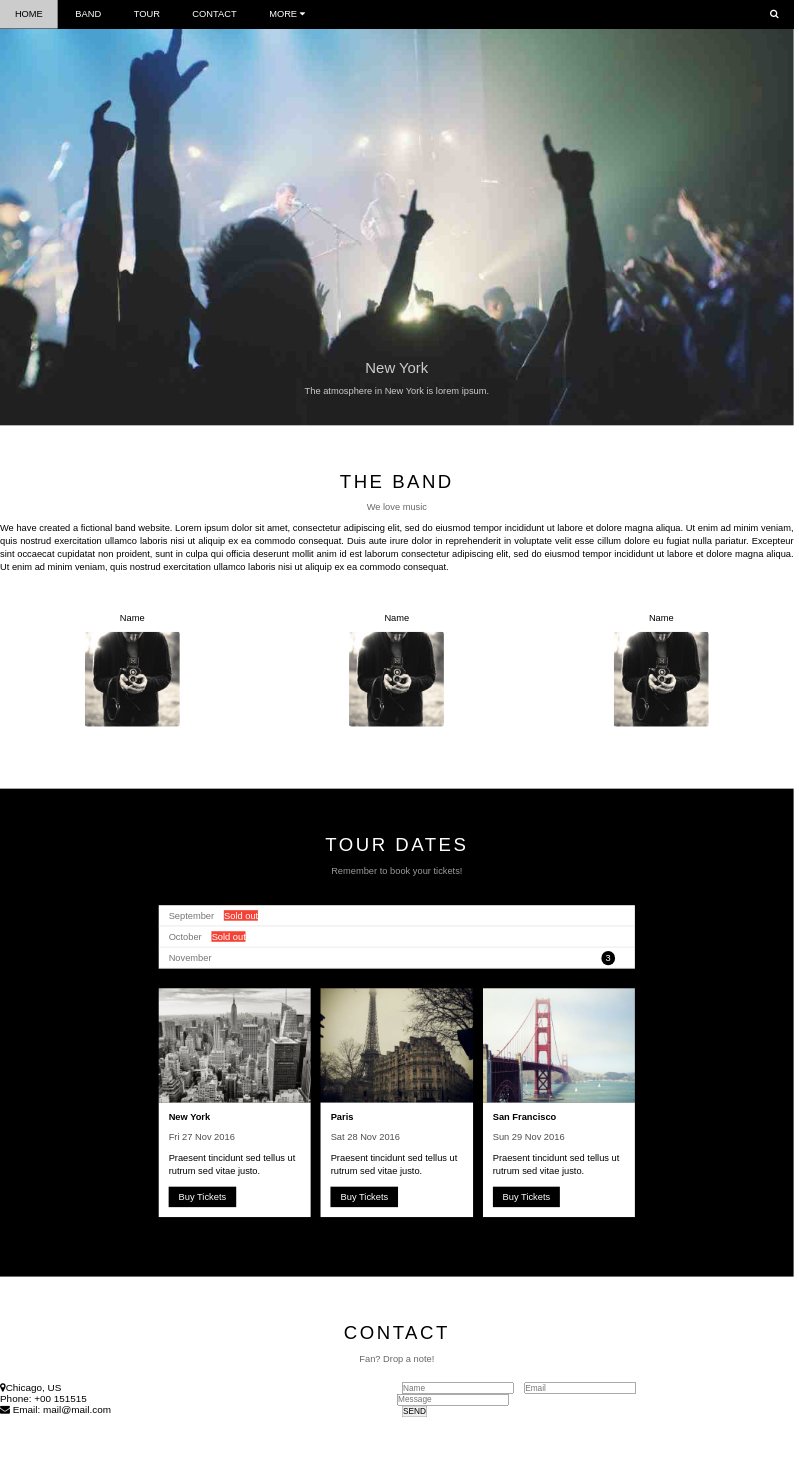
Repository: nguyenhoang2002062929/band
Page: index.html
These files come from the project's save history. The page is drawn as it stood at one moment and after the next save; the edit follows.
The browser window is 1280 px wide. The page is 1288 px wide, then 1280 px, so the pictures cover 1288 px, including what lies to the right of the window. The pictures show the whole page, at 62% of full size.

Above is the page before, as saved 2023-06-07 15:18:56.

### index.html
<!DOCTYPE html>
<html lang="en">
<head>
    <meta charset="UTF-8">
    <meta http-equiv="X-UA-Compatible" content="IE=edge">
    <meta name="viewport" content="width=device-width, initial-scale=1.0">
    <title>Bank music</title>
    <link rel="stylesheet" href="assets/css/style.css">
    <link rel="stylesheet" href="https://cdnjs.cloudflare.com/ajax/libs/font-awesome/4.7.0/css/font-awesome.min.css">
</head>
<body>
    <div class="main">
        <div class="header">
            <ul class="nav">
                <li><a href="">HOME</a></li>
                <li><a href="">BAND</a></li>
                <li><a href="">TOUR</a></li>
                <li><a href="">CONTACT</a></li>
                <li>
                    <a href="" >MORE <i class="fa fa-caret-down"></i></a>
                    <ul class="subnav">
                        <li><a href="">Merchandise</a></li>
                        <li><a href="">Extras</a></li>
                        <li><a href="">Media</a></li>
                    </ul>
                </li>
            </ul>

            <div class="search">
                <a href=""><i class="fa fa-search"></i></a>
            </div>
        </div>

        <div class="slider">
            <div class="text-content">
                <h2 class="text-heading">New York</h2>
                <p class="text-description">The atmosphere in New York is lorem ipsum.</p>
            </div>
        </div>

        <!-- content -->
        <div class="content">
            <div class="about">
                <div class="content-section">
                    <h2 class="section-heading">THE BAND</h2>
                    <p class="section-sub-heading">We love music</p>
                    <p class="section-text">We have created a fictional band website. Lorem ipsum dolor sit amet, consectetur adipiscing elit, sed do eiusmod tempor incididunt ut labore et dolore magna aliqua. Ut enim ad minim veniam, quis nostrud exercitation ullamco laboris nisi ut aliquip ex ea commodo consequat. Duis aute irure dolor in reprehenderit in voluptate velit esse cillum dolore eu fugiat nulla pariatur. Excepteur sint occaecat cupidatat non proident, sunt in culpa qui officia deserunt mollit anim id est laborum consectetur adipiscing elit, sed do eiusmod tempor incididunt ut labore et dolore magna aliqua. Ut enim ad minim veniam, quis nostrud exercitation ullamco laboris nisi ut aliquip ex ea commodo consequat.</p>
                </div>
                <div class="content-member">
                    <div class="member">
                        <div class="member-text">
                            <p>Name</p>
                        </div>
                        <div class="member-img">
                            <img src="./assets/img/member/bandmember.jpg" alt="">
                        </div>
                    </div>
                    <div class="member">
                        <div class="member-text">
                            <p>Name</p>
                        </div>
                        <div class="member-img">
                            <img src="./assets/img/member/bandmember.jpg" alt="">
                        </div>
                    </div>
                    <div class="member">
                        <div class="member-text">
                            <p>Name</p>
                        </div>
                        <div class="member-img">
                            <img src="./assets/img/member/bandmember.jpg" alt="">
                        </div>
                    </div>
                </div>
            </div>

            <!-- tour -->
            <div class="tour">
                <div class="tour-section">
                    <div class="content-section text-while ">
                        <h2 class="section-heading ">TOUR DATES</h2>
                        <p class="section-sub-heading">Remember to book your tickets!</p>
                    </div>
                    <br>

                    <ul class="tickets">
                        <li>September<span class="sold-out">Sold out</span></li>
                        <li>October<span class="sold-out">Sold out</span></li>
                        <li>November<span class="quantity">3</span></li>
                    </ul>

                    <div class="row tour-places ">
                        <div class="column places">
                            <img src="assets/img/places/newyork.jpg" alt="">
                            <div class="places-content">
                                <p class="name">New York</p>
                                <p class="date">Fri 27 Nov 2016</p>
                                <p class="describe">Praesent tincidunt sed tellus ut rutrum sed vitae justo.</p>
                                <button class="js-by-modal">Buy Tickets</button>
                            </div>

                        </div>
                        <div class="column places">
                            <img src="assets/img/places/paris.jpg" alt="">
                            <div class="places-content">
                                <p class="name">Paris</p>
                                <p class="date">Sat 28 Nov 2016</p>
                                <p class="describe">Praesent tincidunt sed tellus ut rutrum sed vitae justo.</p>
                                <button class="js-by-modal">Buy Tickets</button></div>

                        </div>
                        <div class=" column places">
                            <img src="assets/img/places/sanfran.jpg" alt="">
                            <div class="places-content">
                                <p class="name">San Francisco</p>
                                <p class="date">Sun 29 Nov 2016</p>
                                <p class="describe">Praesent tincidunt sed tellus ut rutrum sed vitae justo.</p>
                                <button class="js-by-modal">Buy Tickets</button>
                            </div>

                        </div>
                    </div>
                </div>

            </div>

            <div class="about">
                <div class="content-section">
                    <h2 class="section-heading">CONTACT</h2>
                    <p class="section-sub-heading">Fan? Drop a note!</p>
                </div>
                <div class="row">
                    <div class="column column-half">
                        <p><i class="fa fa-map-marker"></i>Chicago, US</p>
                        <p><i class="fa fa-phoner"></i>Phone: +00 151515</p>
                        <p><i class="fa fa-envelope"></i> Email: mail@mail.com</p>
                    </div>
                    <div class="column column-half">
                        <div class="row">
                            <div class="column conlumn-half">
                                <input type="text" placeholder="Name">
                            </div>
                            <div class="column conlumn-half">
                                <input type="email" placeholder="Email">
                            </div>
                        </div>
                        <div class="row">
                            <input type="text" placeholder="Message">
                        </div>
                        <button>SEND</button>
                    </div>
                </div>
            </div>

        </div>

        <div class="footer">

        </div>
    </div>
    <div class="modal js-modal">
        <div class="modal-content js-modal-content">
            <div class="modal-header">
                <span class="modal-close js-closeModal">x</span>
                <h2 ><i class="fa fa-suitcase w3-margin-right"></i> Tickets</h2>
            </div>
            <div class="modal-boby">
                <label for="many">
                    <i class="fa fa-shopping-cart"></i>
                    Tickets, $15 per person
                </label>
                <input id="many" type="text" placeholder="How many?" >
                <label for="modal-email">
                    <i class="fa fa-user"></i>
                    Send To
                </label>
                <input id="modal-email" type="text" placeholder="Enter email">
                <button class="pay">PAY <i class="fa fa-check"></i></button>
            </div>
            <div class="modal-footer">
                <p>Need <a href="">help?</a></p>
            </div>
        </div>
    </div>

    <script>
        const buyBtns = document.querySelectorAll('.js-by-modal')
        const modal = document.querySelector('.js-modal')
        const closeModal = document.querySelector('.js-closeModal')
        const modalContent = document.querySelector('.js-modal-content')


        function showBuyTickets (){
            modal.classList.add('open')
        }
        function hideBuyTickes(){
            modal.classList.remove('open')
        }

        for(const buyBtn of buyBtns){
            buyBtn.addEventListener('click', showBuyTickets)
        }

        closeModal.addEventListener('click', hideBuyTickes)

        modal.addEventListener('click',hideBuyTickes)

        modalContent.addEventListener('click', function(envent){
            envent.stopPropagation()
        })
    </script>
</body>
</html>

### assets/css/style.css
*{
    margin: 0;
    padding: 0;
    box-sizing: border-box;
}
html{
    font-family: Arial, Helvetica, sans-serif;
}
.text-while{
    color: #fff !important;
}
.row{
    display: flex;
    margin-left: -8px;
    margin-right: -8px;
}
/* .row::after{
    content: "";
    display: block;
    clear: both;
} */
.column{
    padding: 0 8px;
}
.column-half{
    width: 50%;
}
.column-three{
    width: 33.3333%;
}
.header{
    z-index: 1;
    position: fixed;
    height: 46px;
    background-color: #000;
    top: 0;
    left: 0;
    right: 0;
}
.header .nav {
    display: inline-block;
   line-height: 46px;
}
.header .nav > li > a{
    text-decoration: none;
    padding: 0px 24px;
    color: #fff;
    font-size: 15px;
}
.header .nav > li{
    display: inline-block;
    position: relative;
}
.header .nav > li:hover > a{
    display: block;
    color: #000;
    background-color: #ccc;
}
.header .nav .subnav{
    position: absolute;
    display: none;
    background-color: #fff;
    box-shadow: 0 0 10px rgba(0, 0, 0, 0.3) ;
}
.subnav li{
      min-width: 160px;
      list-style-type: none;
}
.nav > li:hover > .subnav{
    display: block;
}
.subnav li:hover a{
    color: #000;
    background-color: #ccc;
}
.subnav a{
    display: block;
    text-decoration: none;
    color: #000;
    padding: 0px 24px;
}
.search{
float: right;
padding: 0 24px;
line-height: 46px;
cursor: pointer;
}
.search a{
    color: rgb(255, 255, 255);
    font-size: 15px;
}
.search:hover{
    color: rgb(255, 255, 255);
    background-color: #f44336!important;
}

.slider{
    position: relative;
    margin-top: 46px;
    padding-top: 50%;
    background: url('../img/slider/slider2.jpg') center top / cover no-repeat;
}
.slider .text-content{
    position: absolute;
    color: #ccc;
    bottom: 0;
    left: 50%;
    transform: translateX(-50%);
    text-align: center;
    padding: 32px 16px;
}
.text-content .text-heading{
    font-size: 24px;
    margin-top: 10px;
    font-weight: 200;
}
.text-content .text-description{
    font-size: 15px;
    margin: 15px 0;
}
.content-main{
    width: 768px;
    margin-right: auto;
    margin-left: auto;
}
.about{
    width: 100%;
   margin-right: auto;
    margin-left: auto;
    padding-bottom: 64px;
}
.content-section{
    text-align: center;
    padding-top: 64px;
    padding-bottom: 15px;
}
.content-section .section-heading{
    font-size: 30px;
    font-weight: 300;
    letter-spacing: 4px;
    margin: 10px;
}
.content-section .section-sub-heading{
    font-size: 15px;
    font-weight: initial;
    margin: 15px;
    opacity: 0.6;
}
.content-section .section-text{
    font-size: 15px;
    text-align: justify;
    line-height: 1.4;
}
.content-member{
    display: flex;
    text-align: center;
    align-items: center;
    padding: 32px 0;
}
.member-text{
    font-size: 15px;
    margin: 15px 0;
}
.member-img img{
    width: 153px;
    border-radius: 4px;
}
.content-member .member{

    width: 33.333%;
}
.tour{
     background-color: #000;
}
.tour-section{
    width: 768px;
    margin-right: auto;
    margin-left: auto;
    padding-bottom: 64px;
}
.tickets{
    background-color: #fff;
}
.tickets li{
    border-bottom: 1px solid #ddd;
    padding: 8px 16px;
    font-size: 15px;
    color: rgb(117, 117, 117);
    list-style-type: none;
}
.tickets .sold-out{
    color: #fff;
    background-color: #f44336;
    margin: 16px;
    padding: opx 8px;
}
.tickets .quantity{
    float:right;
    height: 22.5px;
    width: 22.5px;
    margin-right: 16px;
    border-radius: 50%;
    background-color: #000;
    color: #fff;
    text-align: center;
    line-height: 22.5px;
    margin-top: -2px;
}
.tour-places{
    padding: 32px 0px;
}
.tour-places .places{
    width: 33.3333%;
}
.places .name{
    font-size: 15px;
}
.places img{
    width: 100%;
    display: block;
}
.places img:hover{
    opacity: 0.6;
}
.places-content{
    background-color: #fff;
    padding-left: 16px;
    font-size: 15px;
}
.places-content .name{
    padding-top: 15px;
    font-weight: 700;
}
.places-content .date{
    padding-top: 15px;
    opacity: 0.7;
}
.places-content .describe{
    margin: 15px 0;
    line-height: 1.4;
}
.places-content button{
    padding: 8px 16px;
    font-size: 15px;
    color: #fff;
    background-color: #000;
    border: none;
    margin-bottom:16px ;
}
.places-content button:hover{
    color: #000;
    background-color: #ccc;
}
.modal{
    position: fixed;
    display: none;
    background: rgba(0, 0, 0, 0.4);
    top: 0;
    left: 0;
    bottom: 0;
    right: 0;
    z-index: 2;
    align-items: center;
    justify-content: center;
}
.modal.open{
    display: flex;
}
.modal-content{
    position: absolute;
    width: 868px;
    max-width: calc(100% - 40px);
    min-height: 342px;
    background-color: #fff;
    animation: ModalFadeIn ease 0.5s;
}
.modal-header{
    width: 100%;
    padding: 32px 16px;
    background-color: rgb(0, 150, 136);
    color: #fff;
    text-align: center;
}
.modal-header h2{
    font-size: 30px;
    margin: 10px 0px;
    font-weight: 400;
    letter-spacing: 3px;
    margin-left: 16px;
}
.modal-header .modal-close{
    position: absolute;
    color: #fff;
    font-size: 24px;
    right: 0;
    top: 0;
    padding: 8px 16px;
}
.modal-header .modal-close:hover{
    color: #000;
    background-color: #ccc;
}
.modal-boby{
    padding: 0px 16px;

}
.modal label{
    display: block;
    margin: 15px 0px 8px;
    font-size: 15px;
}
.modal input{
    width: 100%;
    padding: 8px;
    border: 1px solid #ccc;
    display: block;
    font-size: 15px;
}
.modal button{
    display: block;
    width: 100%;
    padding: 16px;
    margin: 16px 0;
    border: none;
    background-color: rgb(0, 150, 136);
    color: #fff;
}
.modal button:hover{
    color: #000;
    background-color: #ccc;
}
.modal-footer p{
    float: right;
    margin: 15px 16px   ;
}
.modal-footer p a{
    color: rgb(33, 150, 243);
}
@keyframes ModalFadeIn{
    from{
        opacity: 0;
        transform: translateY(-200px);
    }
    to{
        opacity: 1;
        transform: translateY(0);
    }
}

After the next save:
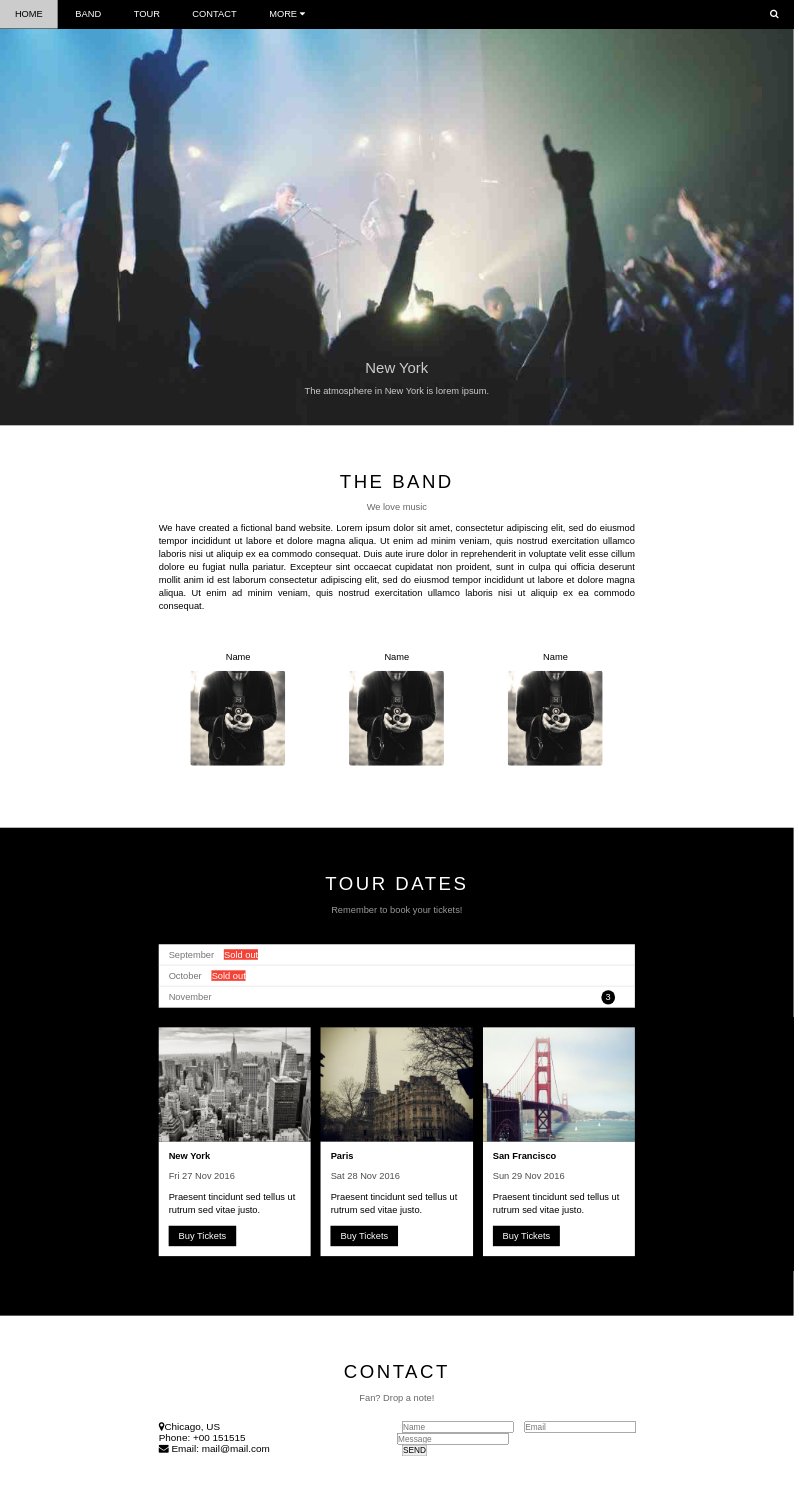
Saved 51 s later.
--- a/assets/css/style.css
+++ b/assets/css/style.css
@@ -118,13 +118,8 @@ cursor: pointer;
     font-size: 15px;
     margin: 15px 0;
 }
-.content-main{
+.about{
     width: 768px;
-    margin-right: auto;
-    margin-left: auto;
-}
-.about{
-    width: 100%;
    margin-right: auto;
     margin-left: auto;
     padding-bottom: 64px;
